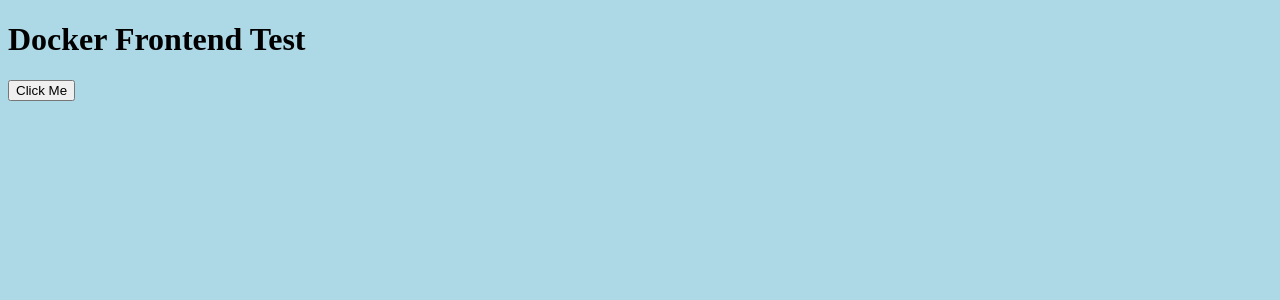
Repository: pimbp/doc_assign
Page: Frontend/index.html
These files come from the project's save history. The page is drawn as it stood at one moment and after a run of saves; the edit follows.
The browser window is 1280 px wide. The pictures show the whole page.

Above is the page before, as saved 2026-02-25 16:30:46.

After the next 2 saves:
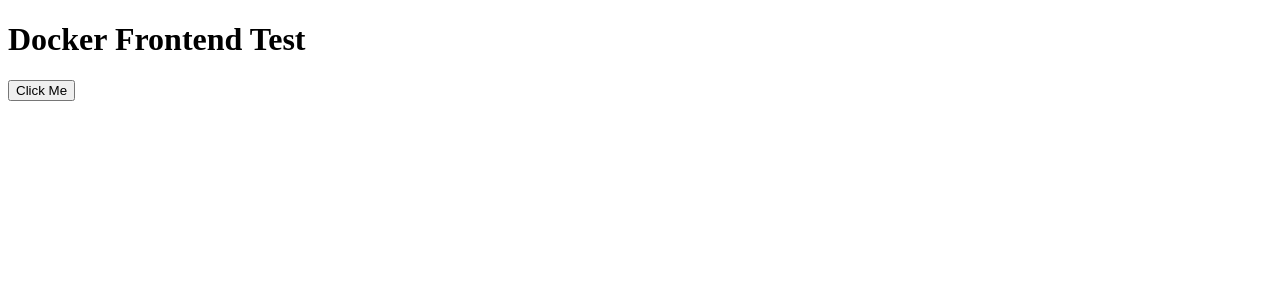
The 2 saves are shown as one change because they came seconds apart.
The last was saved 10 s later.
--- a/Frontend/style/fancy.css
+++ b/Frontend/style/fancy.css
@@ -1 +1 @@
-body { background-color: lightblue; }
+body { background-color: pow; }
